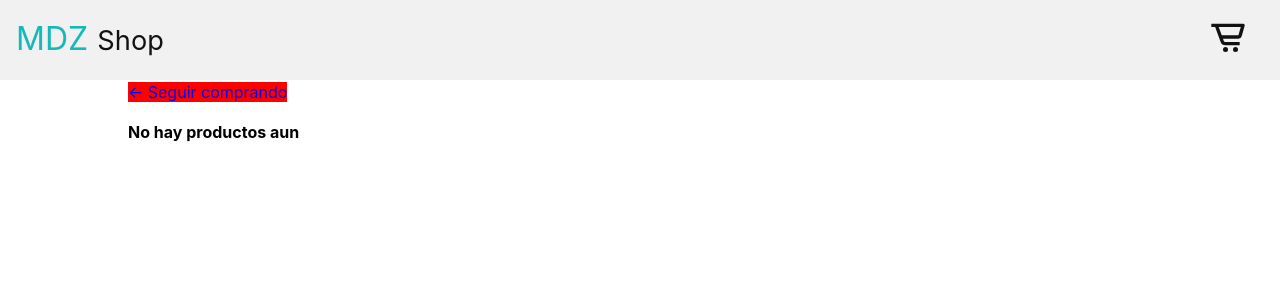
Repository: leo7mdz/FE-e-Commerce-shoes
Page: /cart
These files come from the project's save history. The page is drawn as it stood at one moment and after the next save; the edit follows.
The browser window is 1280 px wide. The pictures show the whole page.
The project was rebuilt for these pictures with package versions that can differ from the ones it lists, and the page was loaded fresh each time. Also part of the build but not shown: vite.config.js, src/components/banner.module.css, src/components/Banner.jsx, src/components/card.module.css, src/components/Card.jsx, src/components/gridProducts.module.css, src/components/Products.jsx, src/components/product.module.css and 6 more.

Above is the page before, as saved 2023-03-02 19:32:07.

### src/App.jsx
import "./App.css";
import { Provider } from "react-redux";
import { store } from "./store/store";
import { BrowserRouter, Route, Routes } from "react-router-dom";
import Products from "./components/Products";
import Header from "./components/Header";
import Product from "./components/Product";
import Cart from "./components/Cart";
import CheckOutSucceess from "./pages/checkOutSucceess";

function App() {
  return (
    <Provider store={store}>
      <div className="App">
        <BrowserRouter>
          <Header />
          <Routes>
            <Route path="/" element={<Products />} />
            <Route path="/product/:id" element={<Product />} />
            <Route path="/checkout-success" element={<CheckOutSucceess />} />
            <Route path="/cart" element={<Cart />} />
          </Routes>
        </BrowserRouter>
      </div>
    </Provider>
  );
}

export default App;

### src/index.css
:root {
  font-family: Inter, Avenir, Helvetica, Arial, sans-serif;
  font-size: 16px;
  line-height: 24px;
  font-weight: 400;

}

body {
  margin: 0;
}

a {
  text-decoration: none;
}

img {
  max-width: 100%;
}

### src/store/store.js
import { configureStore } from "@reduxjs/toolkit";
import { productsApi } from "../api/productsApi";
import cartReducer from "../slice/cartSlice";

export const store = configureStore({
  reducer: {
    cart: cartReducer,
    [productsApi.reducerPath]: productsApi.reducer,
  },
  middleware: (getDefaultMiddleware) =>
    getDefaultMiddleware().concat(productsApi.middleware),
});

### src/components/Header.jsx
import React, { useEffect } from "react";
import style from "./header.module.css";
import { BiCartAlt } from "react-icons/bi";
import { Link } from "react-router-dom";
import { useDispatch, useSelector } from "react-redux";
import { GetTotals } from "../slice/cartSlice";

const Header = () => {
  let totalItems = useSelector((state) => state.cart);
  const dispatch = useDispatch();

  useEffect(() => {
    dispatch(GetTotals());
  }, [totalItems, GetTotals]);

  return (
    <header className={style.header}>
      <Link to="/">
        <p className={style.title}>
          <span className={style.span}>mdz</span> Shop
        </p>
      </Link>

      <nav className={style.nav}>
        <Link className={style.cart} to="/cart">
          <BiCartAlt className={style.icon} />
          {totalItems.cartTotalQuantity > 0 && (
            <span className={style.itemTotals}>
              {totalItems.cartTotalQuantity}
            </span>
          )}
        </Link>
      </nav>
    </header>
  );
};

export default Header;

### src/components/Cart.jsx
import React from "react";
import { useEffect } from "react";
import { useDispatch, useSelector } from "react-redux";
import { clearCart, GetTotals } from "../slice/cartSlice";
import { Link } from "react-router-dom";
import ItemCart from "./ItemCart";
import PayButton from "./PayButton";
import style from "./cart.module.css";

const Cart = () => {
  const cart = useSelector((state) => state.cart.cart);
  const details = useSelector((state) => state.cart);

  const dispatch = useDispatch();
  //console.log(details);

  useEffect(() => {
    dispatch(GetTotals());
  }, []);

  return (
    <div className={style.containerCart}>
      <Link className={style.more} to="/">
        &#8592; Seguir comprando
      </Link>
      {cart.length > 0 ? (
        <div>
          <div>
            {cart.map((item) => (
              <ItemCart item={item} key={item.Id} />
            ))}
          </div>

          <button className={style.clear} onClick={() => dispatch(clearCart())}>
            Limpiar carrito
          </button>

          <div>
            <b>
              <p>Productos totales . . . . . . . {details.cartTotalQuantity}</p>
            </b>
            <b>
              <p>Subtotal . . . . . . . . . $ {details.cartTotalAmount}</p>
            </b>
            <b>
              <p>Envio . . . . . . . . . Sin costo</p>
            </b>
            <b>
              <p>Total . . . . . . . . . $ {details.cartTotalAmount}</p>
            </b>
          </div>

          <PayButton cart={cart} />
        </div>
      ) : (
        <b>
          <p>No hay productos aun</p>
        </b>
      )}
    </div>
  );
};

export default Cart;

### src/api/productsApi.js
import { createApi, fetchBaseQuery } from "@reduxjs/toolkit/query/react";

export const productsApi = createApi({
  reducerPath: "productsApi",
  baseQuery: fetchBaseQuery({
    baseUrl: "https://be-e-commerce-shoes.vercel.app/",
  }),
  endpoints: (builder) => ({
    getProducts: builder.query({
      query: () => "products",
    }),
    getProduct: builder.query({
      query: (id) => `products/${id}`,
    }),
  }),
});

export const { useGetProductsQuery, useGetProductQuery } = productsApi;

### src/slice/cartSlice.js
import { createSlice } from "@reduxjs/toolkit";

const initialState = {
  cart: [],
  cartTotalQuantity: 0,
  cartTotalAmount: 0,
};

export const cartSlice = createSlice({
  name: "cart",
  initialState,
  reducers: {
    addToCart: (state, action) => {
      let product = state.cart.find(
        (product) => product.Id == action.payload.Id
      );

      return product
        ? {
            ...state,
            cart: state.cart.map((product) =>
              product.Id === action.payload.Id
                ? { ...product, Cantidad: product.Cantidad + 1 }
                : product
            ),
          }
        : {
            ...state,
            cart: [...state.cart, { ...action.payload, Cantidad: 1 }],
          };
    },

    incrementCart: (state, action) => {
      return {
        ...state,
        cart: state.cart.map((item) =>
          item.Id === action.payload.Id
            ? { ...item, Cantidad: item.Cantidad + 1 }
            : item
        ),
      };
    },
    clearItem: (state, action) => {
      return {
        ...state,
        cart: state.cart.filter((item) => item.Id !== action.payload.Id),
      };
    },
    clearCart: (state, action) => {
      return initialState;
    },
    GetTotals: (state, action) => {
      let { total, quantity } = state.cart.reduce(
        (acc, product) => {
          const { Precio, Cantidad } = product;
          const itemTotal = Precio * Cantidad;

          (acc.total += itemTotal), (acc.quantity += Cantidad);

          return acc;
        },
        { total: 0, quantity: 0 }
      );

      state.cartTotalAmount = total.toFixed(3);
      state.cartTotalQuantity = quantity;
    },
  },
});
export const {
  addToCart,
  decrementCart,
  incrementCart,
  clearCart,
  GetTotals,
  clearItem,
} = cartSlice.actions;

export default cartSlice.reducer;

### src/components/header.module.css
.header {
    display: flex;
    justify-content: space-between;
    align-items: center;
    position: sticky;
    top: 0;
    background-color: #f1f1f1;
    z-index: 100000;

}

.span {
    color: rgb(20, 185, 185);
    text-transform: uppercase;
    font-size: 2rem;
    padding-right: .1rem;
}

.title {
    color: rgb(19, 18, 18);
    font-size: 1.7rem;
    padding-left: 1rem;
}

.cart {
    padding-right: 2rem;
}

.icon {
    font-size: 2.5rem;

    color: rgb(17, 17, 17);
}

.itemTotals {
    width: .4rem;
    height: .4rem;
    border-radius: 50%;
    border: transparent;
    padding: .2rem;
    font-size: .8rem;
    color: white;
    background-color: red;
    font-weight: bold;
    margin-left: -.4rem;
}

### src/components/cart.module.css
.containerCart {
    width: 90%;
    margin: 0 auto;
}

.more {
    margin-top: 1rem;
    background-color: red;
}

.clear {
    background-color: rgb(0, 0, 0);
    color: rgb(255, 255, 255);
    text-transform: uppercase;
    padding: .8rem 3rem;
    border: transparent;
    cursor: pointer;
}

@media screen and (min-width: 1120px) {
    .containerCart {
        width: 80%;
    }
}

Loaded but not shown: index.html (common file); src/main.jsx (common file); src/App.css (common file)

After the next save:
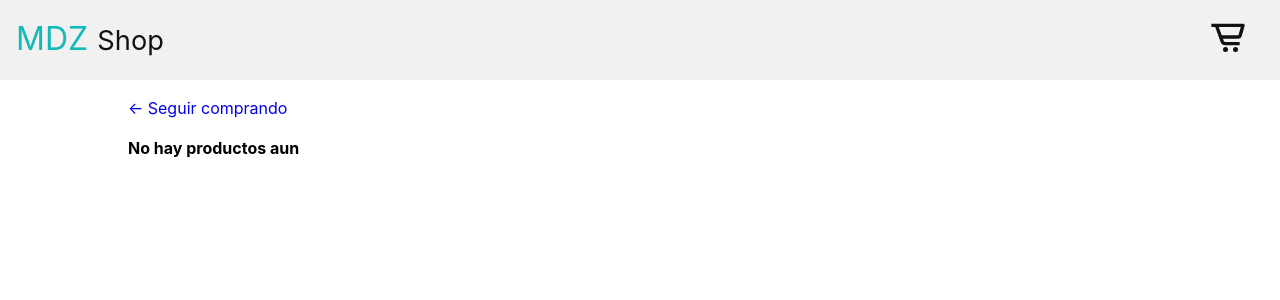
Saved 21 s later.
--- a/src/components/cart.module.css
+++ b/src/components/cart.module.css
@@ -4,8 +4,8 @@
 }
 
 .more {
+    display: block;
     margin-top: 1rem;
-    background-color: red;
 }
 
 .clear {
